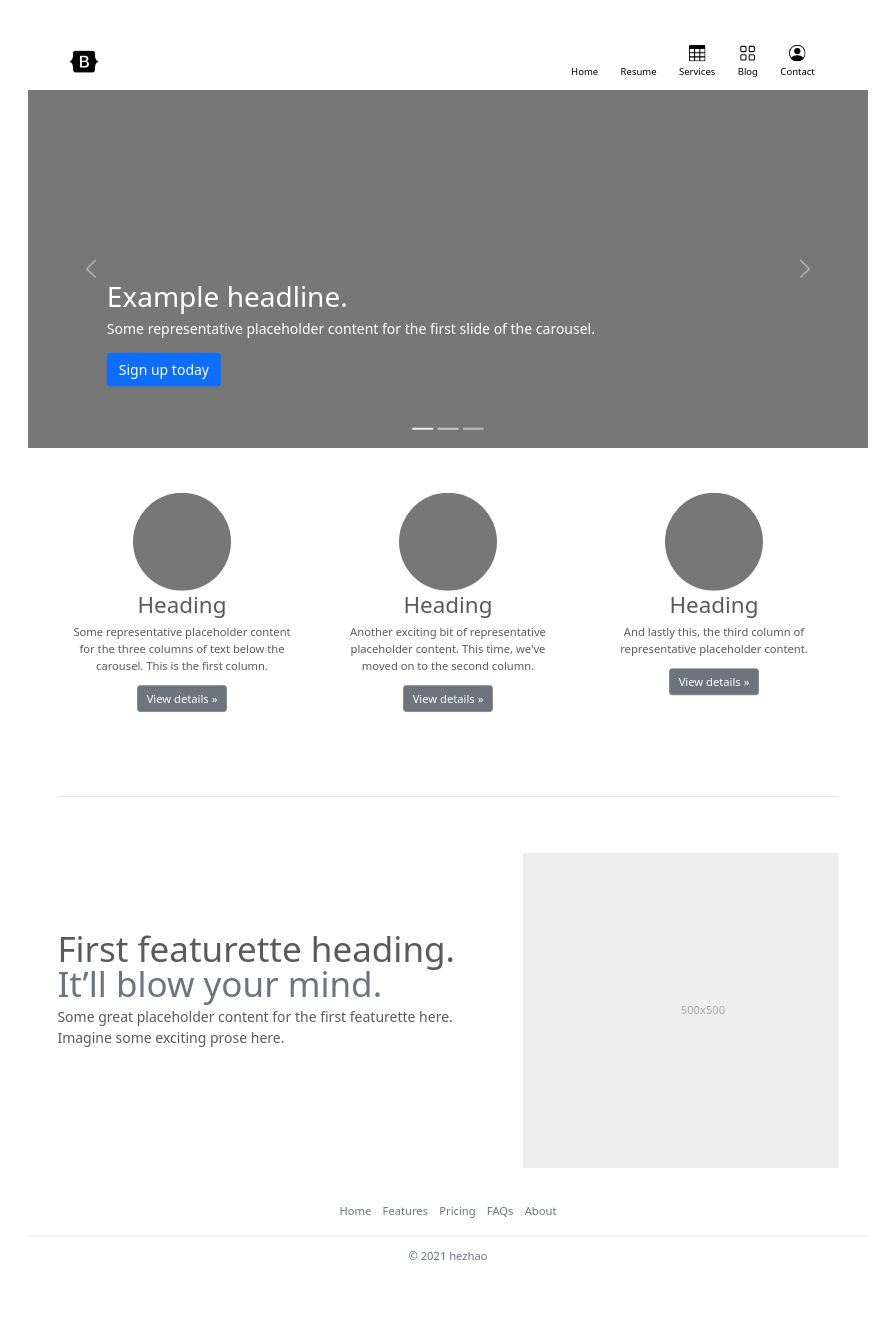
Repository: HeZhao-hugh/personal-web
Page: index.html
An editor plug-in stored every save of this project. The page is shown before and after the next save, followed by the edit.
The browser window is 1280 px wide. The pictures show the whole page, at 70% of full size.

Above is the page before, as saved 2022-01-19 18:49:15.

After the next save:
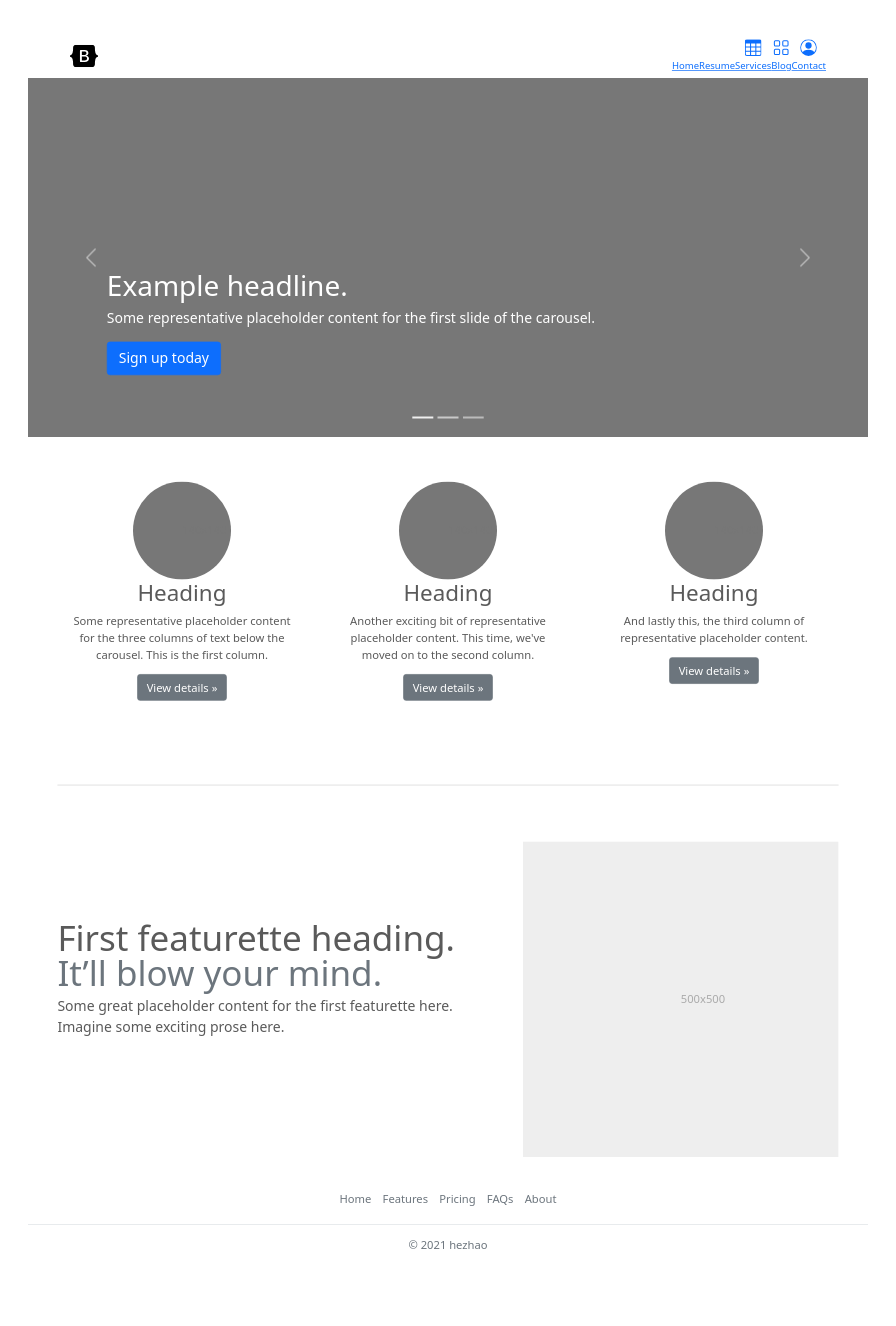
Saved 58 s later.
--- a/index.html
+++ b/index.html
@@ -69,21 +69,21 @@
 
                         <ul class="nav col-12 col-lg-auto my-2 justify-content-center my-md-0 text-small">
                             <li>
-                                <a href="HOME" class="nav-link text-black">
+                                <a class="nav-item" href="HOME" class="nav-link text-black">
                                     <svg class="bi d-block mx-auto mb-1" width="24" height="24">
                                         <use href="#Home1" /></svg>
                                     Home
                                 </a>
                             </li>
                             <li>
-                                <a href="RESUME" class="nav-link text-black">
+                                <a class="nav-item" href="RESUME" class="nav-link text-black">
                                     <svg class="bi d-block mx-auto mb-1" width="24" height="24">
                                         <use href="#Resume1" /></svg>
                                     Resume
                                 </a>
                             </li>
                             <li>
-                                <a href="#" class="nav-link text-black">
+                                <a class="nav-item" href="#" class="nav-link text-black">
                                     <svg class="bi d-block mx-auto mb-1" width="24" height="24">
                                         <use href="#Services" /></svg>
                                     Services
@@ -91,14 +91,14 @@
                             </li>
 
                             <li>
-                                <a href="#" class="nav-link text-black">
+                                <a class="nav-item" href="#" class="nav-link text-black">
                                     <svg class="bi d-block mx-auto mb-1" width="24" height="24">
                                         <use href="#Blog" /></svg>
                                     Blog
                                 </a>
                             </li>
                             <li>
-                                <a href="#" class="nav-link text-black">
+                                <a class="nav-item" href="#" class="nav-link text-black">
                                     <svg class="bi d-block mx-auto mb-1" width="24" height="24">
                                         <use href="#Contact" /></svg>
                                     Contact
